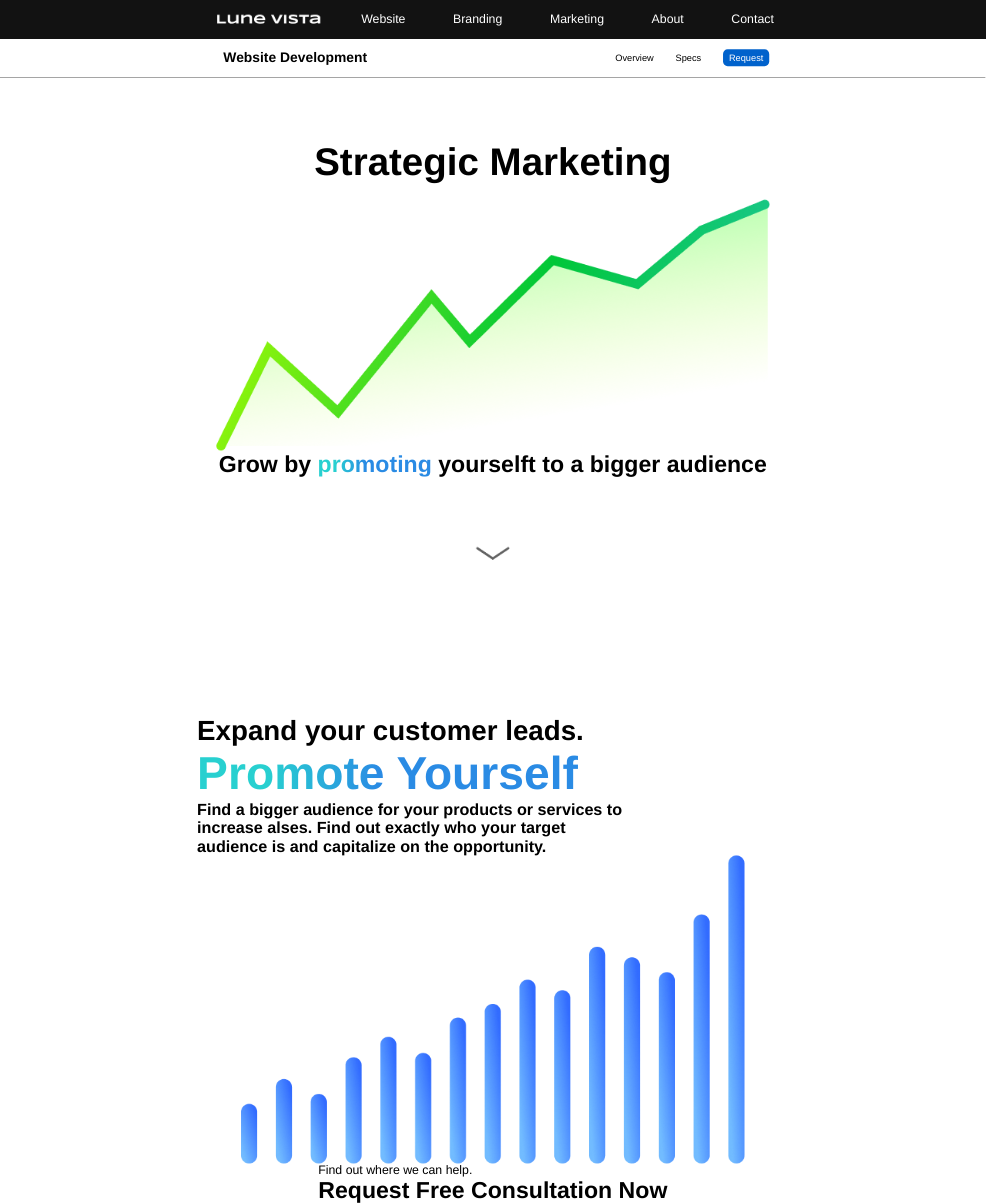
Repository: yoItsTyler/templates
Page: /marketing
These files come from the project's save history. The page is drawn as it stood at one moment and after the next save; the edit follows.
The browser window is 1280 px wide. The pictures show the whole page, at 77% of full size.
Some web fonts or font styles are not loaded; a fallback is used. The project was rebuilt for these pictures with package versions that can differ from the ones it lists, and the page was loaded fresh each time. Also part of the build but not shown: src/components/Branding/styles.module.css, src/components/Branding/Branding.js, src/components/Home/styles.module.css, src/components/Navbar/styles.module.css, src/components/Navbar/Navbar.js, src/components/NavbarMobile/styles.module.css, src/components/NavbarMobile/NavbarMobile.js, src/components/Home/Home.js and 10 more. Imported but missing from the stored project, and not drawn on this page: src/components/Request.

Above is the page before, as saved 2022-12-01 21:19:58.

### public/index.html
<!DOCTYPE html>
<html lang="en">
  <head>
    <meta charset="utf-8" />
    <link rel="icon" href="%PUBLIC_URL%/favicon.ico" />
    <meta name="viewport" content="width=device-width, initial-scale=1" />
    <meta name="theme-color" content="#000000" />
    <meta
      name="description"
      content="Web site created using create-react-app"
    />
    <link rel="apple-touch-icon" href="%PUBLIC_URL%/logo192.png" />
    <!--
      manifest.json provides metadata used when your web app is installed on a
      user's mobile device or desktop. See https://developers.google.com/web/fundamentals/web-app-manifest/
    -->
    <link rel="manifest" href="%PUBLIC_URL%/manifest.json" />
    <!--
      Notice the use of %PUBLIC_URL% in the tags above.
      It will be replaced with the URL of the `public` folder during the build.
      Only files inside the `public` folder can be referenced from the HTML.

      Unlike "/favicon.ico" or "favicon.ico", "%PUBLIC_URL%/favicon.ico" will
      work correctly both with client-side routing and a non-root public URL.
      Learn how to configure a non-root public URL by running `npm run build`.
    -->
    <title>Root Template</title>
  </head>
  <body>
    <noscript>You need to enable JavaScript to run this app.</noscript>
    <div id="root"></div>
    <!--
      This HTML file is a template.
      If you open it directly in the browser, you will see an empty page.

      You can add webfonts, meta tags, or analytics to this file.
      The build step will place the bundled scripts into the <body> tag.

      To begin the development, run `npm start` or `yarn start`.
      To create a production bundle, use `npm run build` or `yarn build`.
    -->
  </body>
</html>

### src/index.js
import React from 'react';
import  ReactDOM  from 'react-dom';
import './index.css';
import reportWebVitals from './reportWebVitals';
import { BrowserRouter as Router } from 'react-router-dom';
import { App } from './components/App';

ReactDOM.render(
  <React.StrictMode>
    <Router>
     <App/>
    </Router>
  </React.StrictMode>,
  document.getElementById('root'),
);



// If you want to start measuring performance in your app, pass a function
// to log results (for example: reportWebVitals(console.log))
// or send to an analytics endpoint. Learn more: https://bit.ly/CRA-vitals
reportWebVitals();

### src/index.css


@import url('https://fonts.cdnfonts.com/css/work-sans');
html, body{
  min-height: fit-content;
 height: 100vh;
  width: 100vw;
  max-width: 100vw;
  margin: 0;
  overflow-x: hidden;
  -ms-overflow-style: none;  /* IE and Edge */
  scrollbar-width: none;  /* Firefox */
  scroll-behavior: smooth;



}
body {



  font-family:  -apple-system, BlinkMacSystemFont, 'Segoe UI', 'Roboto', 'Oxygen',
    'Ubuntu', 'Cantarell', 'Fira Sans', 'Droid Sans', 'Helvetica Neue',
    sans-serif;
    font-family: 'Helvetica';
    font-style: normal;
  -webkit-font-smoothing: antialiased;
  -moz-osx-font-smoothing: grayscale;

  font-family: 'Helvetica', sans-serif;
  -webkit-font-smoothing: antialiased;
  -moz-osx-font-smoothing: grayscale;
}
body::-webkit-scrollbar{
  display: none;
}


code {
  font-family: source-code-pro, Menlo, Monaco, Consolas, 'Courier New',
    monospace;
}

### src/components/App/App.js
import { useEffect, useState } from 'react';
import { Route, Switch } from 'react-router-dom';
import { Branding } from '../Branding/Branding';
import { Home } from '../Home';
import { LogoDesign } from '../LogoDesign';
import { Marketing } from '../Marketing/Marketing';
import { Navbar } from '../Navbar/Navbar';
import { NavbarMobile } from '../NavbarMobile';
import { Plan } from '../Plan/Plan';
import { Plans } from '../Plans/Plans';
import { Request } from '../Request';
import { Specs } from '../Specs';
import { Web } from '../Web/Web';
import styles from './styles.module.css';






export const App = () => {




    return(
        <div className={styles.main}>


            <Switch>
            <Route exact path = {['/request/:id', '/request']} component={Request}/>
            <Route exact path='/marketing' component={Marketing}/>
            <Route exact path = '/branding' component={Branding}/>
            <Route exact path = '/logo-design' component={LogoDesign}/>
                <Route exact path = '/plan/:id' component={Plan}/>
                <Route exact path = '/web-plans' component={Plans}/>
                 <Route exact path = '/web' component={Web}/>
                 <Route exact path = '/specs' component={Specs}/>
                <Route path={['/']} component={Home}/>

            </Switch>
        </div>
    )
}

### src/components/LogoDesign/index.js
export * from './LogoDesign';

### src/components/Marketing/Marketing.js
import { NavbarWeb } from '../NavbarWeb/NavbarWeb';
import { NavBarWebSub } from '../NavBarWebSub/NavBarWebSub';
import styles from './styles.module.css';
import graph from '../../images/Group 55.png';
import graph2 from '../../images/Group 56.png';
import arrow from '../../images/arrow.png';

export const Marketing = () => {

    return(
        <div className={styles.main}>
            <NavbarWeb/>
            <NavBarWebSub/>


            <div className={styles.tile}>

                <div className={styles.title}>
                    Strategic Marketing

                </div>

                <div className={styles.centerItem}>
                <img src={graph} className={styles.graph}/>
                </div>
                <div className={styles.subTxt}>
                    Grow by <span className={styles.blueGrad}>promoting</span> yourselft to a bigger audience
                </div>

                <div className={styles.centerItem}>
                <img src={arrow} className={styles.arrow}/>
                </div>

                <div className={styles.leftCol}
                >
                    <div className={styles.bT1}>
                        Expand your customer leads.
                    </div>
                    <div className={styles.blueTitle}>
                        Promote Yourself
                    </div>
                    <div className={styles.bT2}>
                        Find a bigger audience for your products or services to increase alses. Find out exactly who your target audience is and capitalize on the opportunity.
                    </div>

                </div>

                <div className={styles.centerItem}>
                <img src={graph2} className={styles.graph2}/>



                <div className={styles.txtCont}>
                <div className={styles.txt}>
                    Find out where we can help.

                </div>
                <div className={styles.subTxt}>
                    Request Free Consultation Now

                </div>
            </div>
                </div>










            </div>

        </div>
    );
};

### src/components/NavbarMobile/index.js
export * from './NavbarMobile';

### src/components/Specs/index.js
export * from './Specs';

### src/components/App/styles.module.css
.main{
    margin-top: 0;
    min-height: fit-content;
    height: 100vh;
    width: 100%;
    max-width: 100vw;
}

### src/components/NavbarWeb/NavbarWeb.js
import styles from './styles.module.css';
import logo2 from '../../images/LuneVistaLogo.png';
import search from '../../images/search.png';
import { useHistory } from 'react-router-dom';
import { useEffect, useState } from 'react';


export const NavbarWeb = () => {
    const history = useHistory();


    const [mobileBool, setMobileBool] = useState(false);
    const [windowDimension, setWindowDimension] = useState(722)

    useEffect(() => {
        setWindowDimension(window.innerWidth);
    }, []);

    useEffect(() => {
        function handleResize() {
            setWindowDimension(window.innerWidth);
        }

        window.addEventListener("resize", handleResize);
        return () => window.removeEventListener('resize', handleResize);
    }, []);

    const isMobile = windowDimension <= 720;

    useEffect(() => {
        if (isMobile !== mobileBool) {
            setMobileBool(isMobile);
        };
        return isMobile;
    }, [isMobile]);





    // <div className={styles.falseDiv}></div>
    return (
        <div className={styles.main}>

            <div className={styles.row}>


                <div className={styles.logo}
                    onClick={() => history.push('/')}
                >
                    <img src={logo2} style={{ width: '100%', height: '' }} />

                </div>






                        {isMobile ? (
                            <div className={styles.mobileMenu}>Menu</div>
                        ) : (
                            <div className={styles.pages}>
                            <div className={styles.page}
                                 onClick={() => history.push('/web')}
                                >Website</div>
                                <div className={styles.page} onClick={() => history.push('/branding')}
                                >Branding</div>
                                <div className={styles.page} onClick={() => history.push('/marketing')}
                                >Marketing</div>
                                <div className={styles.page} onClick={() => history.push('/about')}
                                >About</div>
                                <div className={styles.page} onClick={() => history.push('/contact')}
                                >Contact</div>
                            </div>

                        )}



                    </div>


                </div>





            )
}

### src/components/NavBarWebSub/NavBarWebSub.js
import { useHistory } from 'react-router-dom';
import styles from './styles.module.css';


export const NavBarWebSub = () => {
    const history = useHistory();

    /*




                <div className={styles.row}>
                    <div className={styles.title}>
                        Website Development
                    </div>
                    <div className={styles.btnRow}>
                        <div className={styles.btnTxt}>Overview</div>
                        <div className={styles.btnTxt}>Specs</div>
                        <div className={styles.requestBtn}>Request</div>
                    </div>



                </div>*/


    return (
        <div className={styles.main}>
            <div className={styles.column}>
                <div className={styles.topSpace}></div>
                <div className={styles.row}>
                    <div className={styles.title}>
                        Website Development
                    </div>
                    <div className={styles.btnRow}>
                        <div className={styles.btnTxt}>Overview</div>
                        <div className={styles.btnTxt} onClick={() => history.push('/specs')}
                        >Specs</div>
                        <div className={styles.requestBtn} onClick={() => history.push('/web-plans')}
                        >Request</div>
                    </div>



                </div>



            </div>



        </div>
    )
}

### src/components/Marketing/styles.module.css
.main{

}
.title{
    margin-top: 80px;
    margin-bottom: 20px;
    font-weight: 700;
    font-size: 50px;
    text-align: center;

}
.centerItem{
    display: flex;
    flex-direction: column;
    align-items: center;
    justify-content: center;

}
.subTxt{
    text-align: center;
    font-weight: 700;
    font-size: 30px;
}
.blueGrad{
    background:
linear-gradient(90.35deg, #28D0D0 15.73%, #2A8BE4 41.95%);
  -webkit-background-clip: text;
  -webkit-text-fill-color: transparent;
}
.graph{
   max-height: 400px;
   max-width: 105vw;
}
.graph2{
    max-height: 400px;
    max-width: 105vw;

    z-index: 2;
    background-color: rgba(255, 0, 0, 0);


 }


.leftCol{
    width: 564px;
    max-width: 80%;

    margin-left: 20%;
    z-index: 1;

}
.blueTitle{
    background:
linear-gradient(90.35deg, #28D0D0 15.73%, #2A8BE4 41.95%);
  -webkit-background-clip: text;
  -webkit-text-fill-color: transparent;
  font-weight: 700;
  font-size: 60px;
}

.bT1{
    font-weight: 700;
    font-size: 36px;

}
.bT2{
    font-weight: 700;
    font-size: 21px;

}
.arrow{
    margin-top: 90px;
    margin-bottom: 200px;
}

### src/components/NavbarWeb/styles.module.css
.main{
    width: 100vw;
    max-width: 100vw;
    height: 50px;
    margin-top: 0;
   overflow-x: hidden;
    background-color: hsl(0, 0%, 7%);
    position: fixed;
    display: flex;
    z-index: 2;
    justify-content: center;



}
.row{
    width: 100%;

    align-self: center;

    height: 50px;
    max-width: 730px;

    color: #FFFFFF;
 display: flex;
 align-items: center;

justify-content: space-between;



}
.logo{

    padding-left: min(16px, 1.0%);
    height: 32px;
    cursor: pointer;
    display: flex;
    align-content: center;
    align-items: center;
    justify-content: center;
      justify-self: left;
    max-width: 134px;




}
.falseDiv{
    padding-right: min(16px, 1.0%);
    width: 134px;



}
.rightSide{
   align-self: center;
  justify-self: center;


}
.pages{
    flex-basis: 1;
    display: flex;
   height: 32px;


    width: 80%;
    max-width: 536px;
    align-items: center;
    justify-content: space-between;
    justify-self: center;




}

.page{

    font-weight: 400;
    font-size: 16px;
    line-height: 24px;
   cursor: pointer;

   height: 24px;
   align-content: center;
   align-items: center;

   padding-left: 0px;
   padding-right: 0px;

}
.page:hover{
    background-color: rgba(0, 0, 0, 0.3);
   border-radius: 3px;
}
.mobileMenu{
    margin-right: 9px;
}



.search{
   padding-right: min(16px, 1.5%);
margin-left: auto;


}

### src/components/NavBarWebSub/styles.module.css
.main{
    width: 100vw;
    height: 100px;
    position: sticky;

  max-width: 100vw;
  overflow-x: hidden;

    display: flex;
    justify-content: center;
    z-index: 1;
    background-color: white;
    border-bottom: rgba(0, 0, 0, 0.473) .6px solid;
}


.column{
    width: 100%;
    max-width: 730px;

    display: flex;
    flex-direction: column;
    justify-content: center;
    align-content: center;
}
.topSpace{
    height: 50px;

}
.row{
    justify-self: center;
    display: flex;
    width: 100%;
    max-width: 730px;
    justify-content: space-between;
    align-items: center;
    padding-left: 6px;
    padding-right: 6px;
}
.btnRow{
    display: flex;
    width: 200px;
    justify-content: space-between;
    padding-left: 6px;
    align-items: center;
    margin-right: 12px;
}
.title{
    margin-left: 9px;
    height: 20px;
    font-size: 18px;
    font-weight: 700;
    flex-wrap: nowrap;

}
@media only screen and (max-width: 440px) {
    .title{
        font-size: 18px;
        max-width: 100px;
        overflow: hidden;

    }
}
.btnTxt{
    font-size: 12px;
    font-weight: 400;
    line-height: 14px;
    cursor: pointer;

}
.requestBtn{
    font-size: 12px;
    font-weight: 400;
    background-color: #0062CC;
    color: white;
    height: 22px;
    width: 60px;
    display: flex;
    flex-direction: column;
    align-items: center;

    justify-content: center;
    border-radius: 6px;
    line-height: 20px;
    cursor: pointer;
}

Loaded but not shown: src/reportWebVitals.js (common file); src/components/App/index.js (common file); src/components/Home/index.js (common file); src/components/Home/mobile.module.css (no stored copy; drawn as an empty file)

After the next save:
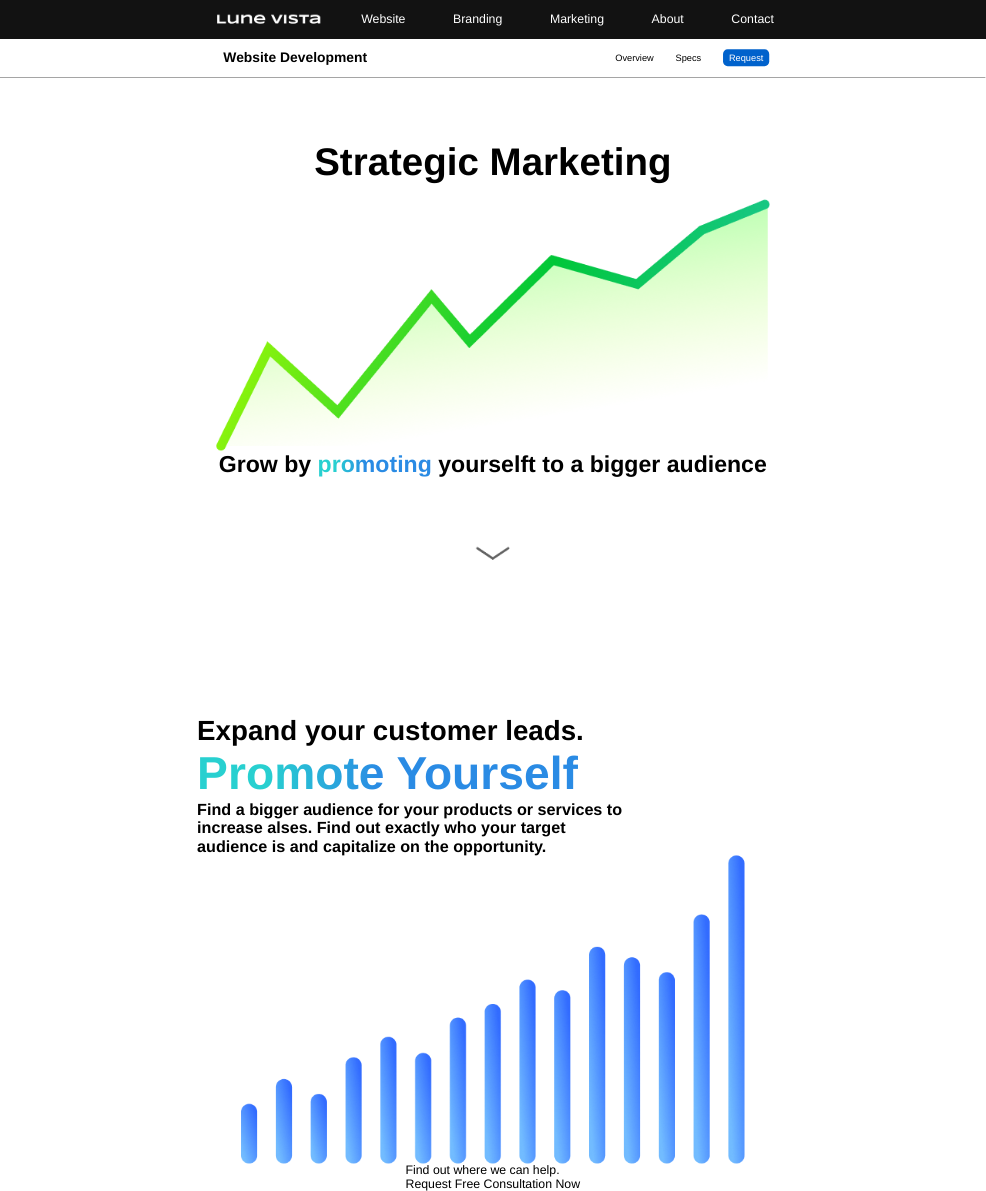
Saved 66 s later.
--- a/src/components/Marketing/Marketing.js
+++ b/src/components/Marketing/Marketing.js
@@ -55,7 +55,7 @@ export const Marketing = () => {
                     Find out where we can help.
 
                 </div>
-                <div className={styles.subTxt}>
+                <div className={styles.subTxt2}>
                     Request Free Consultation Now
 
                 </div>
